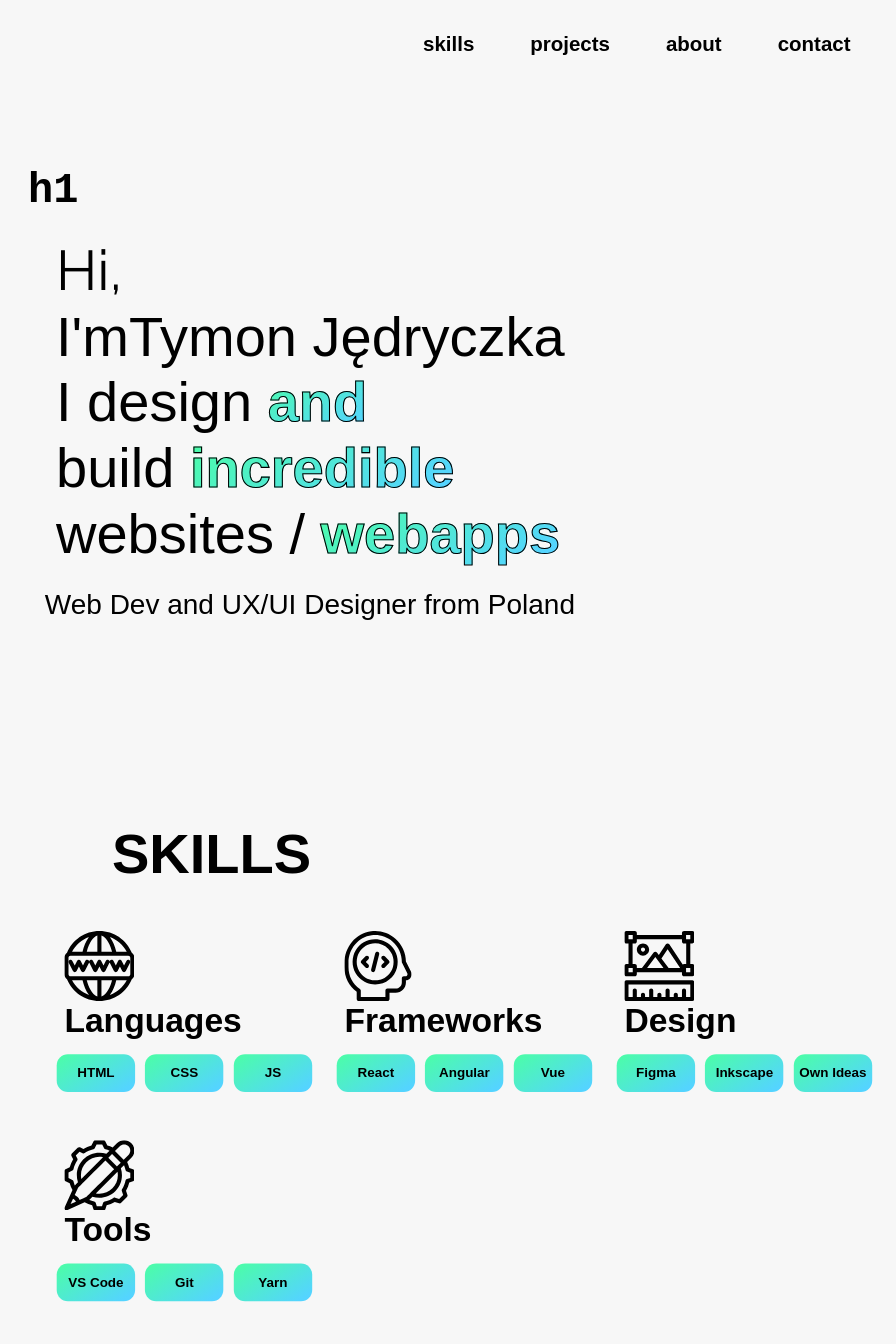
Repository: TeeJaysDev/Portfolio
Page: index.html
These files come from the project's save history. The page is drawn as it stood at one moment and after a run of saves; the edit follows.
The browser window is 1280 px wide. The pictures show the part of the page from y = 0 to 1920 px (the page is 3339 px tall), at 70% of full size.
Some web libraries are served in a nearby version.

Above is the page before, as saved 2021-05-04 14:06:43.

After the next 2 saves:
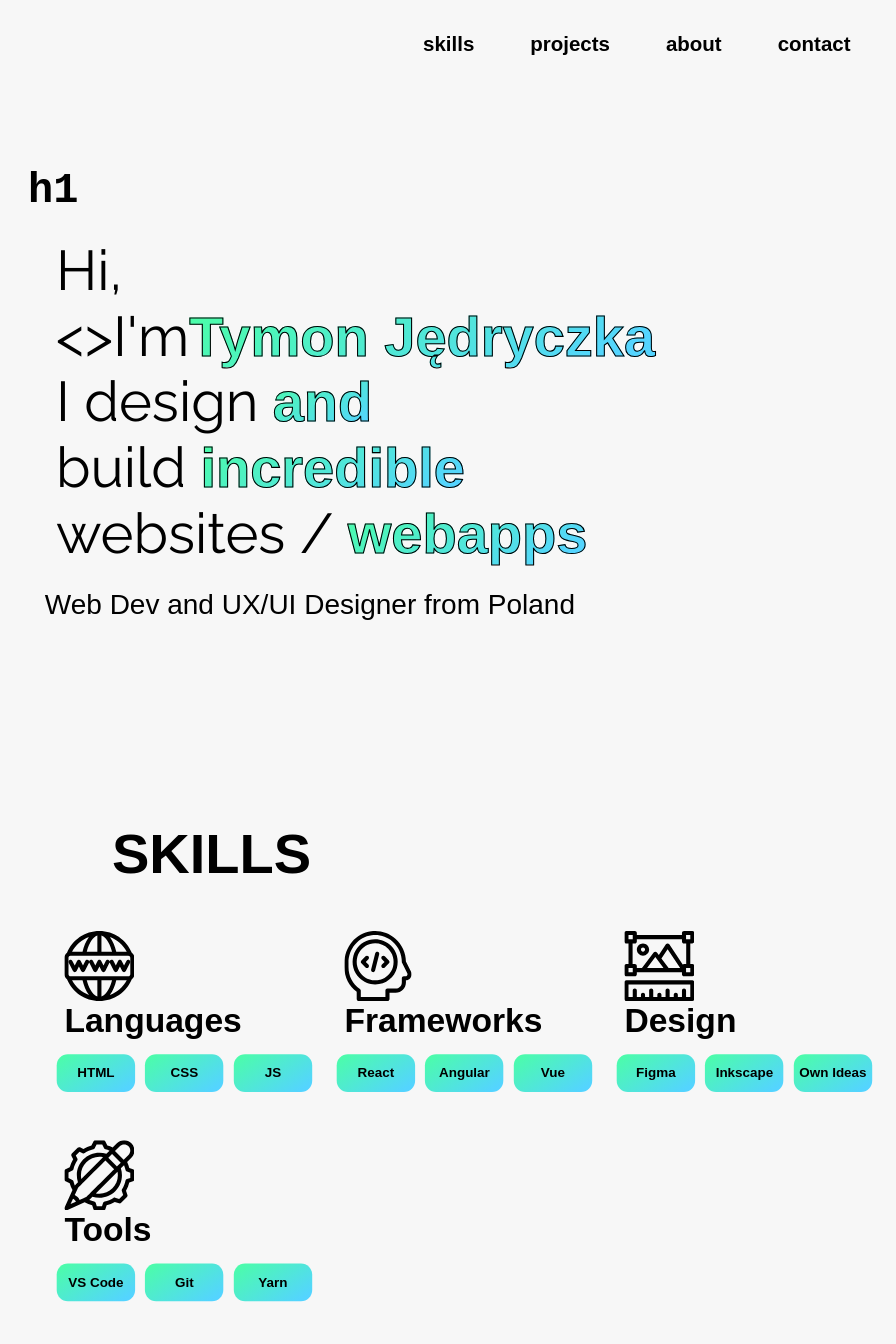
The 2 saves are shown as one change because they came seconds apart.
The last was saved 6 s later.
--- a/index.html
+++ b/index.html
@@ -20,7 +20,7 @@
         <h2 class="welcome_part_h1">h1</h2>
         <h1 class="welcome_part">
             Hi,<br>
-            <stro>I'm</stro<strong>Tymon Jędryczka</strong><br>
+            <>I'm<strong>Tymon Jędryczka</strong><br>
             I design <strong>and</strong><br>
             build <strong>incredible</strong><br>
             websites / <strong>webapps</strong>
